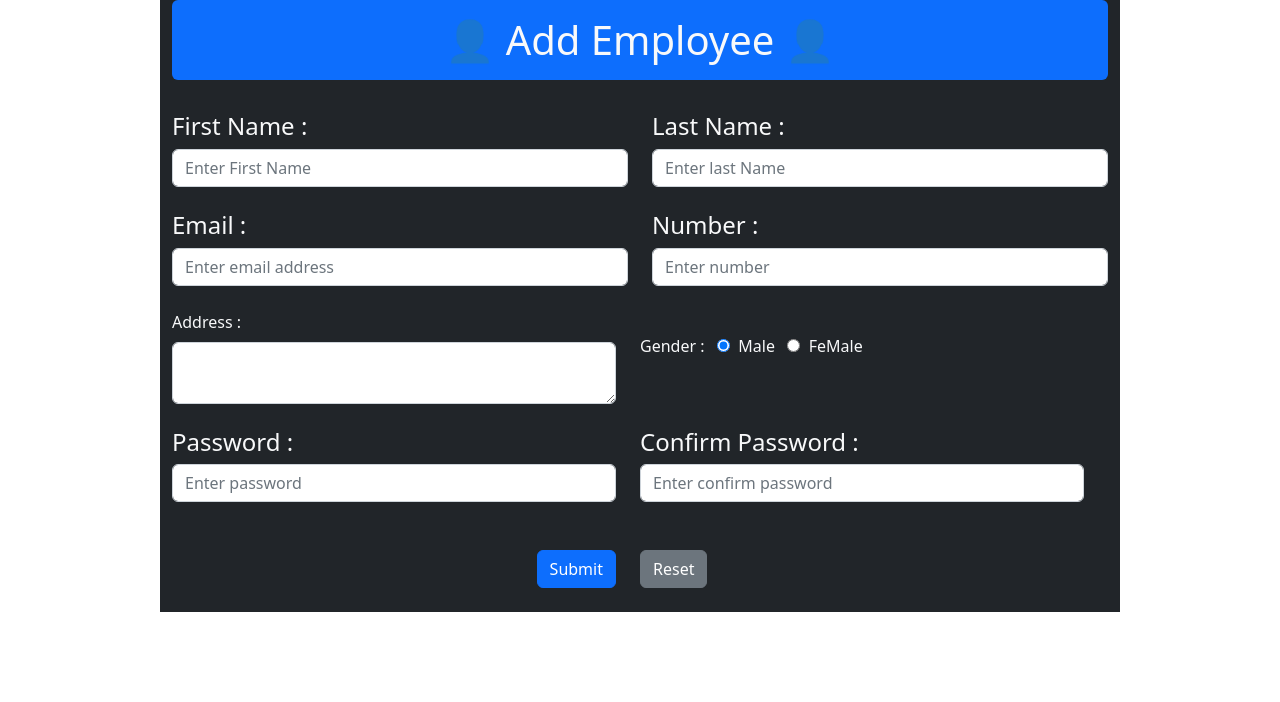
Repository: Rahulkathiriya/java-assignment-and-assesment
Page: http://localhost/web007_assesment_employee_Management_System/addEmployee.jsp
An editor plug-in stored every save of this project. The page is shown before and after the next save, followed by the edit.
The browser window is 1280 px wide. The pictures show the whole page.
The page is served by Tomcat 9. Other server files are loaded and not shown. The template is opened directly, without the code that normally fills it, so the values that code supplies are empty.

Above is the page before, as saved 2022-11-19 05:13:03.

### web007_assesment_employee_Management_System/src/main/webapp/addEmployee.jsp
<%@ page language="java" contentType="text/html; charset=UTF-8"
	pageEncoding="UTF-8"%>
<!DOCTYPE html>
<html>
<head>
<!-- CSS only -->
<link
	href="https://cdn.jsdelivr.net/npm/bootstrap@5.2.0/dist/css/bootstrap.min.css"
	rel="stylesheet"
	integrity="sha384-gH2yIJqKdNHPEq0n4Mqa/HGKIhSkIHeL5AyhkYV8i59U5AR6csBvApHHNl/vI1Bx"
	crossorigin="anonymous">
<!-- <-- JavaScript Bundle with Popper -->
<script
	src="https://cdn.jsdelivr.net/npm/bootstrap@5.2.0/dist/js/bootstrap.bundle.min.js"
	integrity="sha384-A3rJD856KowSb7dwlZdYEkO39Gagi7vIsF0jrRAoQmDKKtQBHUuLZ9AsSv4jD4Xa"
	crossorigin="anonymous"></script>

<!--  	j-Queary cdn -->
<script
	src="https://cdnjs.cloudflare.com/ajax/libs/jquery/3.6.1/jquery.min.js"
	integrity="sha512-aVKKRRi/Q/YV+4mjoKBsE4x3H+BkegoM/em46NNlCqNTmUYADjBbeNefNxYV7giUp0VxICtqdrbqU7iVaeZNXA=="
	crossorigin="anonymous" referrerpolicy="no-referrer"></script>
<meta charset="UTF-8">
<title>add Employee</title>
<style type="text/css">
.form-control:focus {
	border-color: none !important;
	box-shadow: none !important;
}
</style>
</head>
<body>

	<div class="container bg-dark text-light m-auto w-75">
		<div class="h1 text-center bg-primary rounded p-3">👤 Add
			Employee 👤</div>
		<br>
		<form action="addEmployee">
		<span class="text-success">${dataAdd}</span>
			<div class="row">
				<div class="col col-sm-12 col-md-6 col-lg-6">
					<input type="hidden" name="id" id="id" value="${allData.getId()}"> <label
						class=" h4 form-label" for="fname">First Name :</label> <input
						type="text" id="fname" name="fname" class="form-control"
						placeholder="Enter First Name" value="${allData.getFname()}">
							<span class="text-danger">${fnameError}</span>
				</div>
				<div class="col col-sm-12 col-md-6 col-lg-6">
					<label class=" h4 form-label" for="lname">Last Name :</label> <input
						type="text" id="lname" name="lname" class="form-control"
						placeholder="Enter last Name" value="${allData.getLname()}">
						<span class="text-danger">${lnameError }</span>
				</div>
			</div>
			<br>
			<div class="row">
				<div class="col col-sm-12 col-md-6 col-lg-6">
					<label class=" h4 form-label" for="email">Email :</label> <input
						type="email" id="email" name="email" class="form-control"
						placeholder="Enter email address" value="${allData.getEmail()}">
				</div>
				<div class="col col-sm-12 col-md-6 col-lg-6">
					<label class=" h4 form-label" for="number">Number :</label> <input
						type="text" id="number" name="number" class="form-control"
						placeholder="Enter number" value="${allData.getNumber()}">
				</div>

				<div class="row mt-4">
					<div class="col col-sm-12 col-md-6 col-lg-6">
						<label class="form-label">Address : </label>
						<textarea value="${allData.getAddress()}" rows="" cols=""
							class="form-control text-dark" name="address" id="address"></textarea>
					</div>
					<div class="col col-sm-12 col-md-6 col-lg-6 mt-4">
						<label class="form-label" for="gender">Gender :</label> &nbsp; <input
							type="radio" name="gender" value="male" checked="checked"> &nbsp;Male
						&nbsp; <input type="radio" name="gender" value="male">
						&nbsp;FeMale
					</div>
				</div>
				<div class="row mt-4">
					<div class="col col-sm-12 col-md-6 col-lg-6">
						<label class=" h4 form-label" for="password">Password :</label> <input
							type="text" id="password" name="password" class="form-control"
							placeholder="Enter password" value="${allData.getPassword()}">
					</div>
					<div class="col col-sm-12 col-md-6 col-lg-6">
						<label class=" h4 form-label" for="conpass">Confirm
							Password :</label> <input type="text" id="conpass" name="conpass"
							class="form-control" placeholder="Enter confirm password">
					</div>
				</div>
				<div class="row mt-5 mb-4">
					<div class="col col-sm-12 col-md-6 col-lg-6 text-end">
						<input type="submit" class="btn btn-primary">

					</div>
					<div class="col col-sm-12 col-md-6 col-lg-6 text-start">
						<input type="reset" class="btn btn-secondary">
					</div>
				</div>
		</form>

	</div>



	</div>

















</body>
</html>

After the next save:
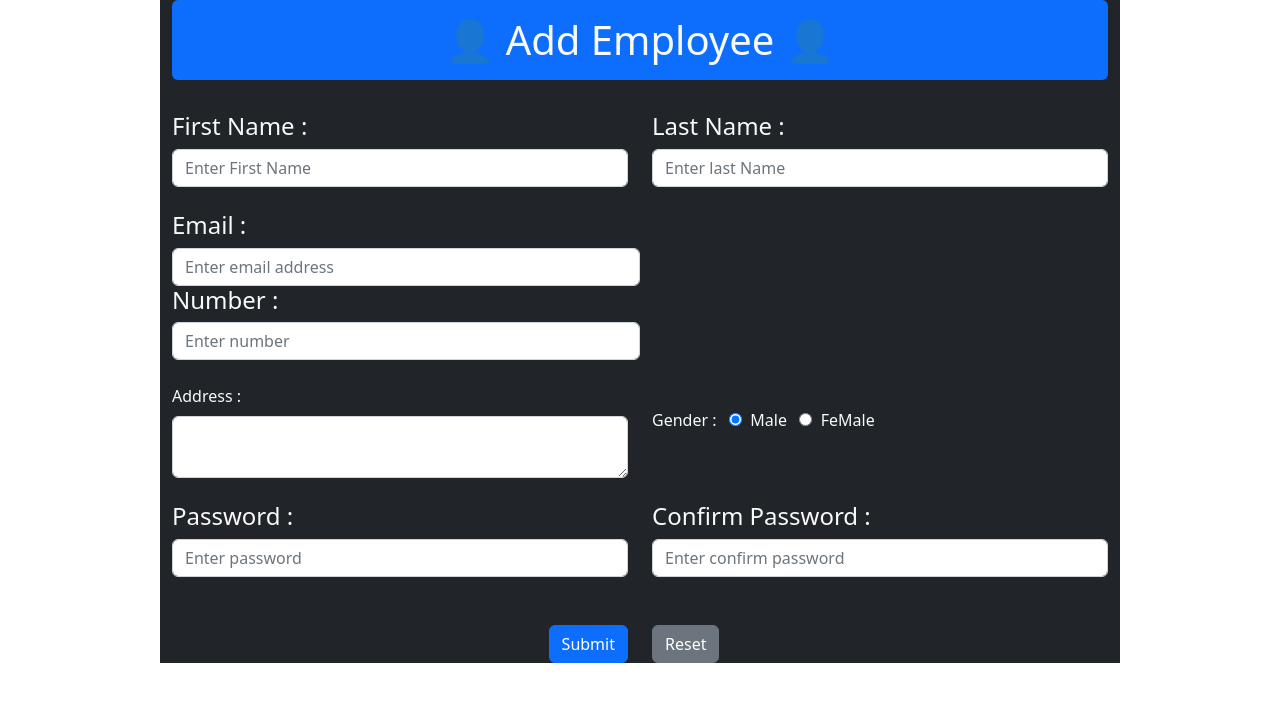
Saved 30 s later.
--- a/web007_assesment_employee_Management_System/src/main/webapp/addEmployee.jsp
+++ b/web007_assesment_employee_Management_System/src/main/webapp/addEmployee.jsp
@@ -53,11 +53,12 @@
 				</div>
 			</div>
 			<br>
-			<div class="row">
+			<div class="row"></div>
 				<div class="col col-sm-12 col-md-6 col-lg-6">
 					<label class=" h4 form-label" for="email">Email :</label> <input
 						type="email" id="email" name="email" class="form-control"
 						placeholder="Enter email address" value="${allData.getEmail()}">
+						<span class="text-danger"></span>
 				</div>
 				<div class="col col-sm-12 col-md-6 col-lg-6">
 					<label class=" h4 form-label" for="number">Number :</label> <input
